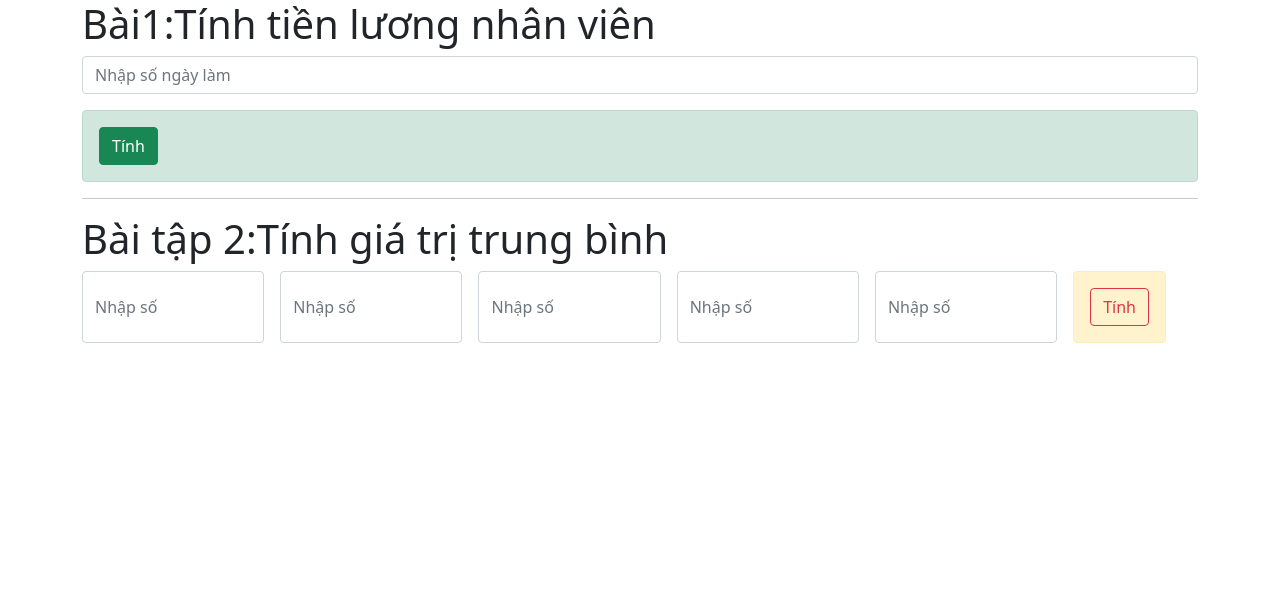
Repository: qkhanh1104k/Js-buoi2-3_giaodienbuoi1
Page: index.html
An editor plug-in stored every save of this project. The page is shown before and after the next save, followed by the edit.
The browser window is 1280 px wide. The pictures show the whole page.

Above is the page before, as saved 2022-07-21 11:00:02.

After the next save:
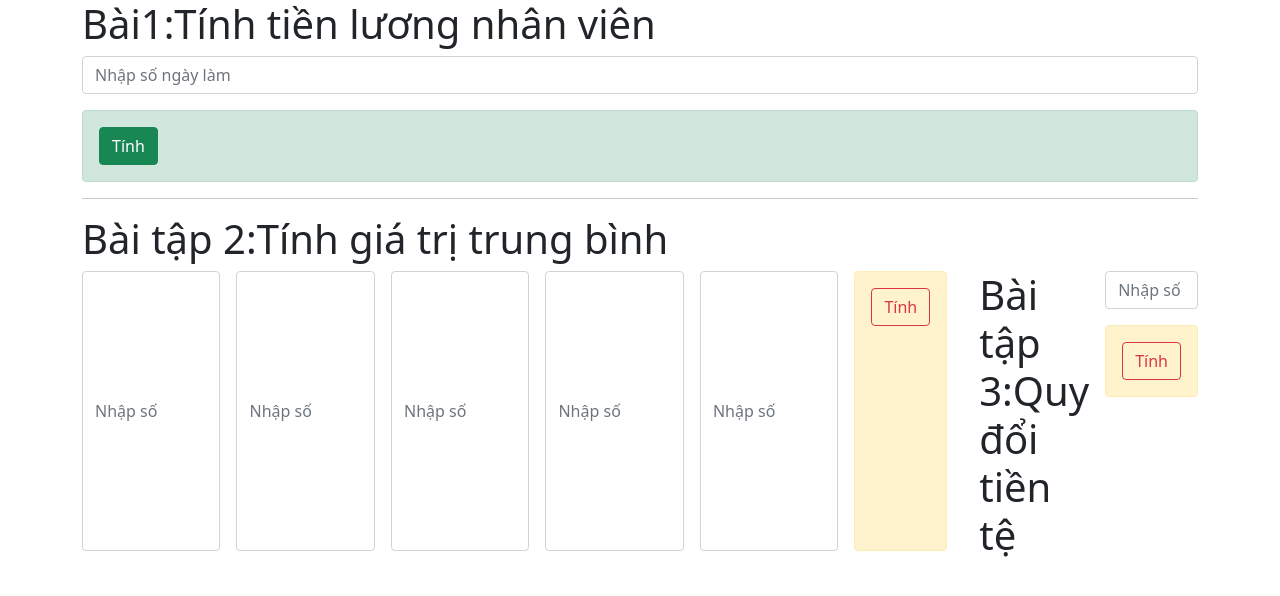
Saved 5 s later.
--- a/index.html
+++ b/index.html
@@ -40,7 +40,13 @@
           </button>
         </div>
         <br>
-        <h1></h1>
+        <h1>Bài tập 3:Quy đổi tiền tệ</h1>
+        <div>
+            <input type="text" class="form-control mb-3" id="txtNumBt3" placeholder="Nhập số tiền">
+            <div class="alert alert-warning" id="resBt3">
+                <button class="btn btn-outline-danger" onclick="changeMonry()">Tính</button>
+            </div>
+        </div>
       </div>
     </div>
 
